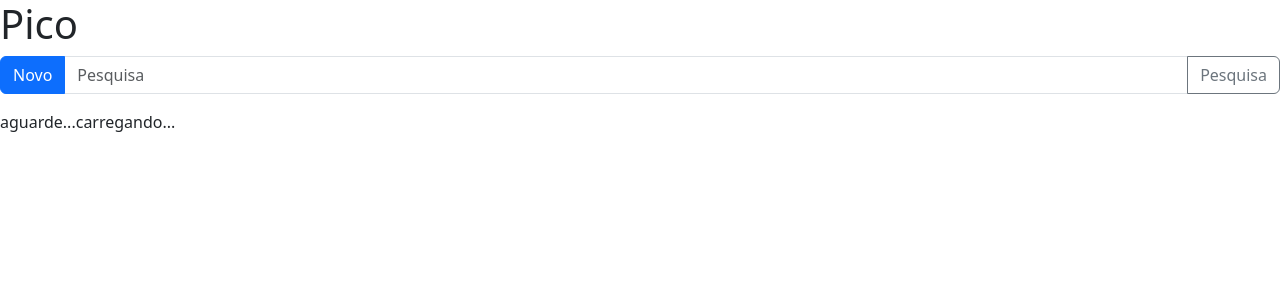
Repository: marcolino-t/Desenvolvimento_Web
Page: OlaMundo2/src/main/webapp/sorveteapi/sorvete.html
These files come from the project's save history. The page is drawn as it stood at one moment and after the next save; the edit follows.
The browser window is 1280 px wide. The pictures show the whole page.
The page's requests for data from a server got no answer.

Above is the page before, as saved 2024-11-27 23:44:06.

### OlaMundo2/src/main/webapp/sorveteapi/sorvete.html
<!DOCTYPE html>
<html>
<head>
<meta charset="ISO-8859-1">
<link
	href="https://cdn.jsdelivr.net/npm/bootstrap@5.3.3/dist/css/bootstrap.min.css"
	rel="stylesheet"
	integrity="sha384-QWTKZyjpPEjISv5WaRU9OFeRpok6YctnYmDr5pNlyT2bRjXh0JMhjY6hW+ALEwIH"
	crossorigin="anonymous">
<title>Insert title here</title>
</head>
<body>
	<h1>Pico</h1>
	<div class="input-group mb-3">
		<button type="button" class="btn btn-primary" onclick="novo()">Novo</button>

		<input type="text" class="form-control"
			placeholder="Pesquisa" aria-label="Pesquisa"
			aria-describedby="button-addon2" id="pesquisa">
		<button class="btn btn-outline-secondary" type="button"
			id="button-addon2" onclick="listar()">Pesquisa</button>
	</div>

	<div id="resposta"></div>


	<div class="modal fade" id="formulario" tabindex="-1"
		aria-labelledby="exampleModalLabel" aria-hidden="true">
		<div class="modal-dialog">
			<div class="modal-content">
				<div class="modal-header">
					<h1 class="modal-title fs-5" id="exampleModalLabel">Cadastro
						de Pessoa</h1>
					<button type="button" class="btn-close" data-bs-dismiss="modal"
						aria-label="Close"></button>
				</div>
				<div class="modal-body">

					<div class="input-group mb-3">
						<span class="input-group-text" id="inputGroup-sizing-default">Nome:</span>
						<input id="nome" type="text" class="form-control"
							aria-label="Sizing example input"
							aria-describedby="inputGroup-sizing-default">
					</div>
					<div class="input-group mb-3">
						<span class="input-group-text" id="inputGroup-sizing-default">Telefone:</span>
						<input id="telefone" type="text" class="form-control"
							aria-label="Sizing example input"
							aria-describedby="inputGroup-sizing-default">
					</div>
					<div class="input-group mb-3">
						<span class="input-group-text" id="inputGroup-sizing-default">E-mail:</span>
						<input id="email" type="text" class="form-control"
							aria-label="Sizing example input"
							aria-describedby="inputGroup-sizing-default">
					</div>
					<div class="input-group mb-3">
						<span class="input-group-text" id="inputGroup-sizing-default">Cidade:</span>
						<input id="cidade" type="text" class="form-control"
							aria-label="Sizing example input"
							aria-describedby="inputGroup-sizing-default">
					</div>

					<div class="modal-footer">
						<button type="button" class="btn btn-secondary"
							data-bs-dismiss="modal">Cancelar</button>
						<button type="button" class="btn btn-primary" onclick="salvar()">Salvar</button>
					</div>
				</div>
			</div>
		</div>
	</div>

	<div class="modal fade" id="excluir" tabindex="-1"
		aria-labelledby="exampleModalLabel" aria-hidden="true">
		<div class="modal-dialog">
			<div class="modal-content">
				<div class="modal-header">
					<h1 class="modal-title fs-5" id="exampleModalLabel">Excluir
						Pessoa</h1>
					<button type="button" class="btn-close" data-bs-dismiss="modal"
						aria-label="Close"></button>
				</div>
				<div class="modal-body">Confirmar a Exclusao do registro</div>

				<div class="modal-footer">
					<button type="button" class="btn btn-secondary"
						data-bs-dismiss="modal">Não</button>
					<button type="button" class="btn btn-primary"
						onclick="excluirsim()">Excluir</button>
				</div>
			</div>
		</div>
	</div>


	<script
		src="https://cdn.jsdelivr.net/npm/bootstrap@5.3.3/dist/js/bootstrap.bundle.min.js"
		integrity="sha384-YvpcrYf0tY3lHB60NNkmXc5s9fDVZLESaAA55NDzOxhy9GkcIdslK1eN7N6jIeHz"
		crossorigin="anonymous"></script>

	<script>
		//Carregar o formulario
		const modal = new bootstrap.Modal('#formulario')
		const modalexcluir = new bootstrap.Modal('#excluir')
		listar();
		//variavel para salvar o id
		var idatual = 0;

		function listar(){
			document.getElementById("resposta").innerHTML = "aguarde...carregando...";

			let pesquisa = document.getElementById("pesquisa").value;


			fetch("../PessoaAPI?pesquisa=" + pesquisa)
				.then(resp => resp.json())
				.then(dados => mostrar(dados));

			function mostrar(dados){
				var tab = "<table class='table table-hover'>"
							+ "<th>ID</th>"
							+ "<th>Nome</th>"
							+ "<th>Telefone</th>"
							+ "<th>E-mail</th>"
							+ "<th>Cidade</th>"
							+ "<th></th>";

				for (i in dados){
					tab += "<tr>" + "<td>" + dados[i].idpessoa + "</td>"
					+ "<td>" + dados[i].nome + "</td>"
					+ "<td>" + dados[i].telefone + "</td>"
					+ "<td>" + dados[i].email + "</td>"
					+ "<td>" + dados[i].cidade + "</td>"
					+"<td>"
					+"<a href='#' onclick='alterar("+ dados[i].idpessoa+")'><img src='img/edit.svg'>"
					+"<a href='#' onclick='excluir("+ dados[i].idpessoa+")'><img src='img/delete.svg'>"
					+"</td>"
					+ "</tr>";
				}

				tab += "</table>";
				document.getElementById("resposta").innerHTML = tab;
			}
		}

		function novo(){
			//garantir qua nao vai alterar um registro anterior
			idatual = -1;
			//chama a função que mostra o formulario
			//limpar os valores do campo

			document.getElementById("nome").value = "";
			document.getElementById("telefone").value = "";
			document.getElementById("email").value  = "";
			document.getElementById("cidade").value  = "";
			modal.show();
		}

		function salvar(){
			//pega os valores digitados no campo
			let pessoa = {};
			pessoa.nome = document.getElementById("nome").value;
			pessoa.telefone = document.getElementById("telefone").value;
			pessoa.email = document.getElementById("email").value;
			pessoa.cidade = document.getElementById("cidade").value;

			//transforma o objeto pessoa em JSON
			let body = JSON.stringify(pessoa);

			let endereco = "../PessoaAPI";
			let metodo = "POST";


			//verificaçao se é alteração ou novo cadastro
			if (idatual > 0){
				endereco = "../PessoaAPI/" + idatual;
				metodo = "PUT";
			}

			//faz a requisição da API para inserir o JSON na lista
			fetch(endereco,
				{method: metodo, body: body}
			).then(resp => resp.json())
			.then(function (resposta){
				alert(resposta.mensagem);
				//fecha o formulario
				modal.hide()
				//chama a função listar para recarregar a lista
				listar();
			});

		}

		function alterar(idpessoa){
			idatual = idpessoa;
			fetch("../PessoaAPI/"+ idpessoa)
				.then(resp => resp.json())
				.then(function (resposta){
					document.getElementById("nome").value = resposta.nome;
					document.getElementById("telefone").value = resposta.telefone;
					document.getElementById("email").value  = resposta.email;
					document.getElementById("cidade").value  = resposta.cidade;

					modal.show();
				});
		}

		function excluir(idpessoa){
			//recebe o id para a variavel global
			idatual = idpessoa;
			//exibe o modal
			modalexcluir.show();

		}

		function excluirsim(){
			//requisiçao para chamar API alterar
			//chama a API passando o id
			fetch("../PessoaAPI/" + idatual,
					{method: "DELETE"}
			).then(resp => resp.json())
			.then(function (resposta){
				alert(resposta.mensagem);
				//esconde o modal
				modalexcluir.hide();
				//lista as funçoes ovamente
				listar();
			});
		}

	</script>


</body>
</html>

After the next save:
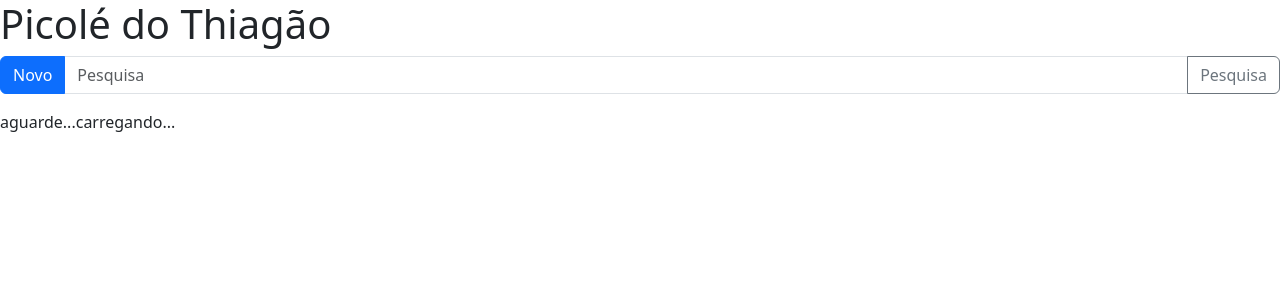
Saved 6 s later.
--- a/OlaMundo2/src/main/webapp/sorveteapi/sorvete.html
+++ b/OlaMundo2/src/main/webapp/sorveteapi/sorvete.html
@@ -10,7 +10,7 @@
 <title>Insert title here</title>
 </head>
 <body>
-	<h1>Pico</h1>
+	<h1>Picolé do Thiagão</h1>
 	<div class="input-group mb-3">
 		<button type="button" class="btn btn-primary" onclick="novo()">Novo</button>
 
